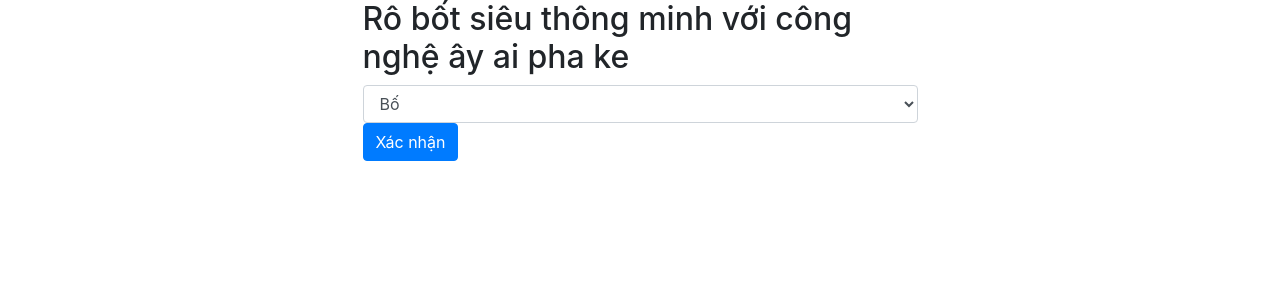
Repository: dovanthao2404/BC14_BaiTap_JS_Buoi_4_dovanthao
Page: html/bai2.html
The author's editor kept a copy of each file at every save. The page is drawn from the files as they stood at one save, then again after a run of saves.
The browser window is 1280 px wide. The pictures show the whole page.

Above is the page before, as saved 2021-07-02 23:42:54.

After the next 2 saves:
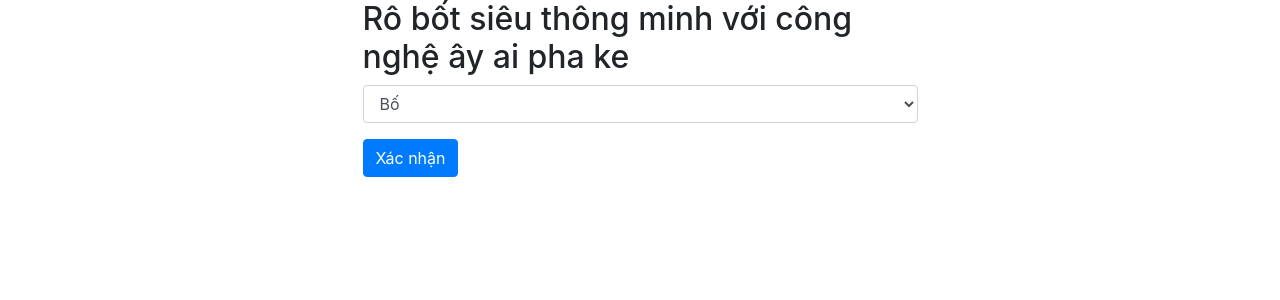
The 2 saves are shown as one change because they came seconds apart.
The last was saved 17 s later.
--- a/html/bai2.html
+++ b/html/bai2.html
@@ -24,7 +24,7 @@
           <option>Em gái</option>
         </select>
       </div>
-      <button class="btn btn-primary">Xác nhận</button>
+      <button id="" class="btn btn-primary mt-3">Xác nhận</button>
     </div>
   </div>
 </body>
